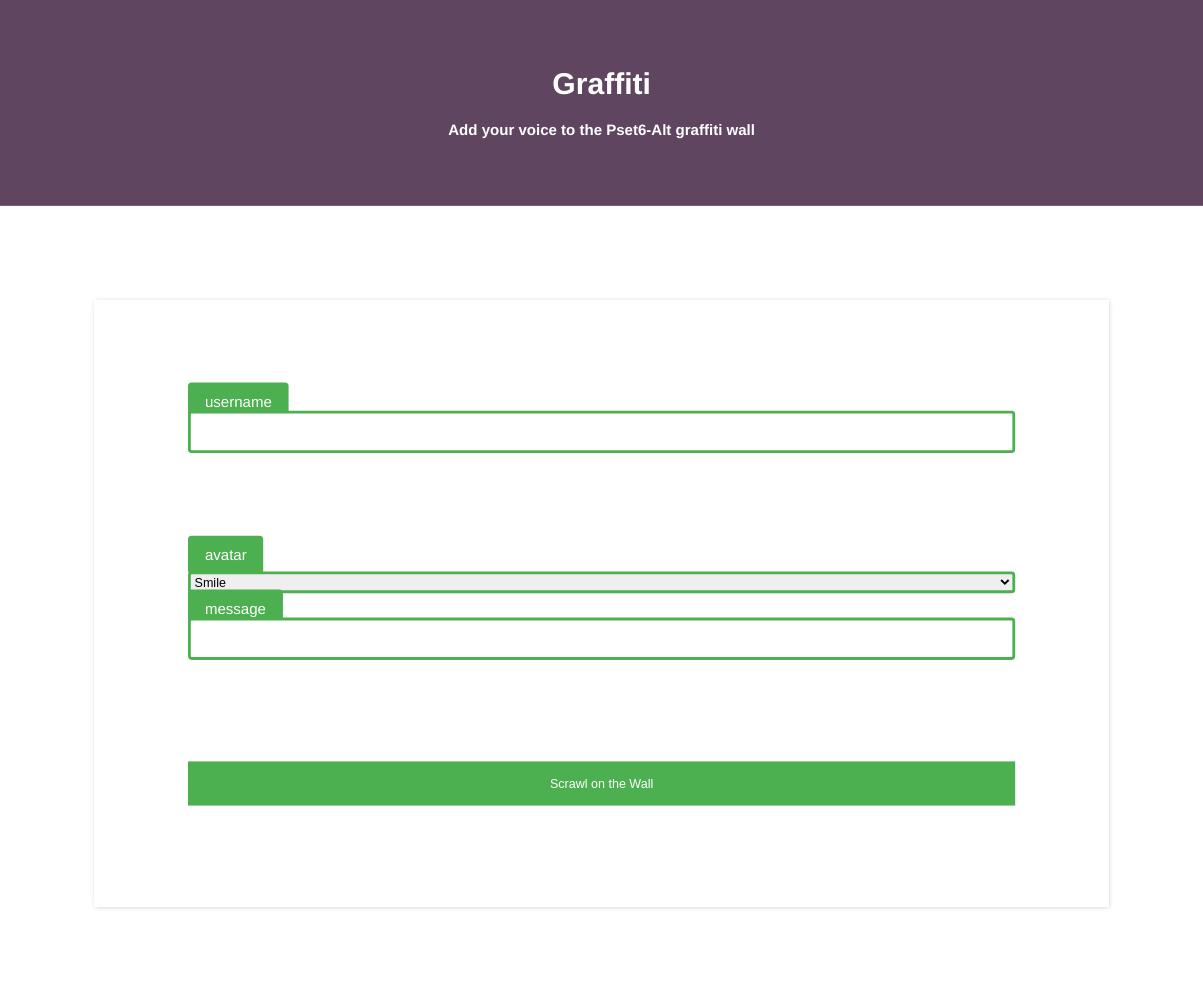
Repository: egniebauer/cs50x-LaunchCode
Page: pset-graffitiwall/graffiti.html
The author's editor kept a record of every edit. The page is drawn from the files as they stood at one moment, then again after the next edit.
The browser window is 1280 px wide. The pictures show the whole page, at 94% of full size.
Some web libraries are served in a nearby version.

Above is the page before.

### pset-graffitiwall/graffiti.html
<!DOCTYPE html>
<html>
<head>
    <title>Graffiti</title>
    <link rel="stylesheet" type="text/css" href="styles.css" />
</head>
<body>
    <div class="heading">
        <h1>Graffiti</h1>
        <h4>Add your voice to the Pset6-Alt graffiti wall</h4>
    </div>

    <div class="card">

        <!-- Don't change the id. Our JS script below is looking for "slackForm". -->
        <form id="slackForm" action="https://hooks.slack.com/services/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" method="POST">

            <!-- TODO: add the necessary fields, action, submit button, etc -->
            <label for="username">username</label><br />
            <input type="text" name="username"/><br />

            <label for="avatar">avatar</label><br />
            <select name="icon_emoji">
                <option value=":smile:">Smile</option>
                <option value=":muscle:">Muscle</option>
                <option value=":eyes:">Eyes</option>
                <option value=":baby_chick:">Baby Chick</option>
                <option value=":sushi:">Sushi</option>
                <option value=":moyai:">Moyai</option>
            </select><br />

            <label for="message">message</label><br />
            <input type="text" name="text"/><br />

            <input type="submit" value="Scrawl on the Wall">

        </form>
    </div>

    <!-- here we include some javascript: first a few libraries... -->
    <script src="https://ajax.googleapis.com/ajax/libs/jquery/1.8.3/jquery.min.js"></script>
    <script src="http://code.jquery.com/ui/1.9.2/jquery-ui.js"></script>

    <!-- ...and then our own script -->
    <script type="text/javascript">

        // first get a reference to the form
        var slackForm = document.getElementById("slackForm");

        // right before the form submits, execute the function called populatePayloadField
        slackForm.onsubmit = populatePayloadField;

        function populatePayloadField() {
            // convert form fields into a JSON string
            var formData = getFormData();
            delete formData.payload;
            jsonString = JSON.stringify(formData);

            // create a new hidden input and add it to the form
            var payloadInput = document.createElement("input");
            payloadInput.setAttribute("type", "hidden");
            payloadInput.setAttribute("name", "payload");
            payloadInput.setAttribute("value", jsonString);
            console.log(payloadInput);
            slackForm.appendChild(payloadInput);
            console.log(slackForm);
        }

        // a helper function to return a javascript object containing all the form's fields
        function getFormData() {
            var object = {};
            var fields = $("#slackForm").serializeArray();
            for (var i = 0; i < fields.length; i++) {
                var field = fields[i];
                object[field.name] = field.value;
            }
            return object;
        }
    </script>

</body>
</html>

### pset-graffitiwall/styles.css
body {
    margin: 0;
    font-size: 16px;
    font-family: helvetica;
}

.card {
    margin: 100px;
    padding: 100px;
    box-shadow: 1px 1px 5px #ccc;
}

.heading {
    padding: 50px;
    color: white;
    background: #604560;
    text-align: center;
}

input[type=text] {
    border: 3px solid #4CAF50;
    border-radius: 4px;
    width: 100%;
    padding: 12px 20px;
    box-sizing: border-box;
    display: inline-block;
    margin-top: 0;
    margin-bottom: 100px;
    margin-right: 0;
    margin-left: 0;

}

select {
    border: 3px solid #4CAF50;
    border-radius: 4px;
    width: 100%;
    /*padding: 16px 20px;*/
    margin: 8px 0;
    box-sizing: border-box;
}

input[type=submit] {
    background-color: #4CAF50;
    border: none;
    color: white;
    padding: 16px 20px;
    text-decoration: none;
    margin: 8px 0;
    cursor: pointer;
    width: 100%;
}

label {
    background-color: #4CAF50;
    border: none;
    color: white;
    padding: 12px 18px;
    border-radius: 4px;
}

After the next edit:
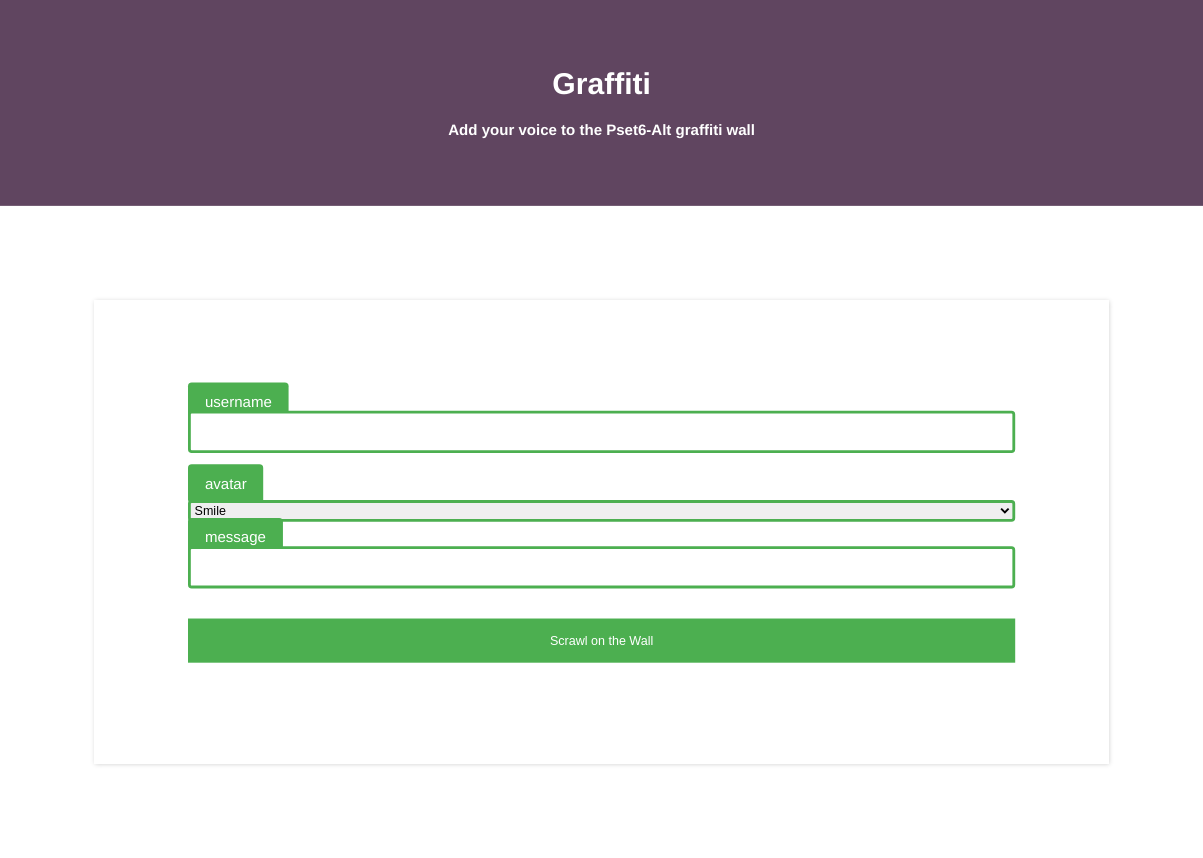
The edit:
--- a/pset-graffitiwall/styles.css
+++ b/pset-graffitiwall/styles.css
@@ -25,7 +25,7 @@
     box-sizing: border-box;
     display: inline-block;
     margin-top: 0;
-    margin-bottom: 100px;
+    margin-bottom: 24px;
     margin-right: 0;
     margin-left: 0;
 
